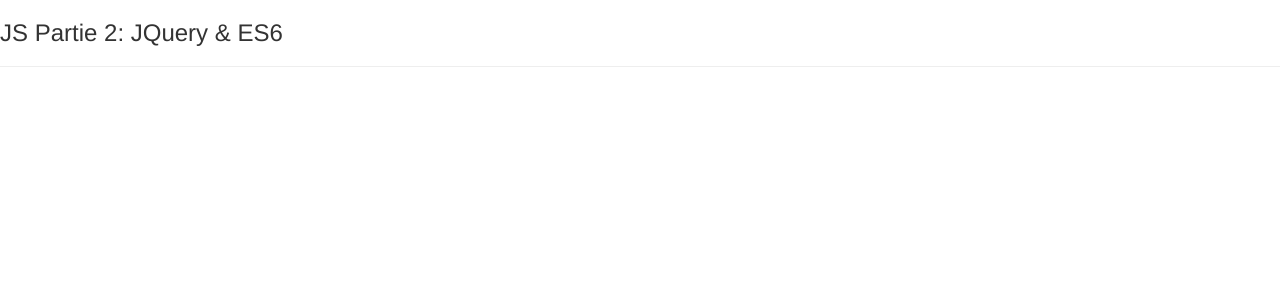
Repository: Symfomany/WildJQueryForm
Page: index.html
The author's editor kept a copy of each file at every save. The page is drawn from the files as they stood at one save, then again after the next save.
The browser window is 1280 px wide. The pictures show the whole page.

Above is the page before, as saved 2017-03-06 06:51:15.

After the next save:
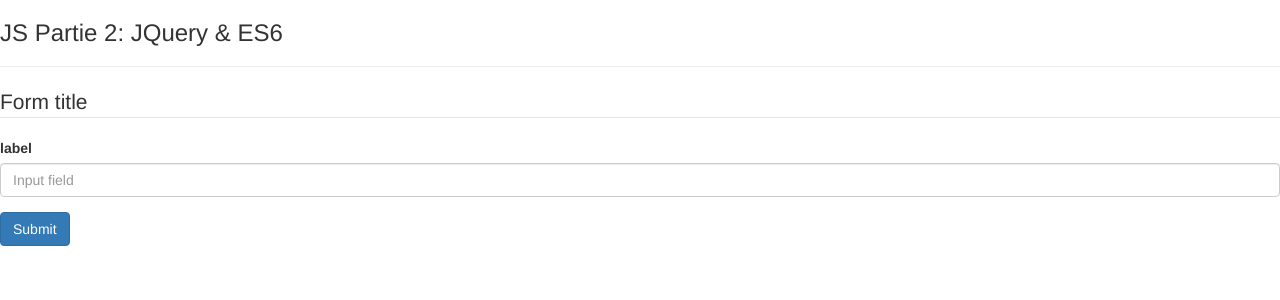
Saved 34 s later.
--- a/index.html
+++ b/index.html
@@ -16,6 +16,19 @@
     <hr />
 
 
+    <form action="" method="POST" role="form">
+        <legend>Form title</legend>
+
+        <div class="form-group">
+            <label for="">label</label>
+            <input type="text" class="form-control" id="" placeholder="Input field">
+        </div>
+
+
+
+        <button type="submit" class="btn btn-primary">Submit</button>
+    </form>
+
 
 
     <script src="http://code.jquery.com/jquery.js"></script>
